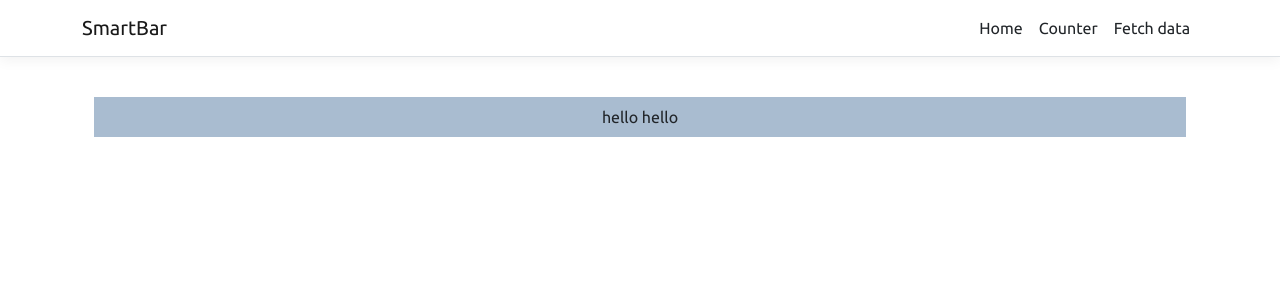
Repository: dropauteriai/SmartBarFrontEnd
Page: /
An editor plug-in stored every save of this project. The page is shown before and after the next save, followed by the edit.
The browser window is 1280 px wide. The pictures show the whole page.
The page's requests for data from a server got no answer. The project was rebuilt for these pictures with package versions that can differ from the ones it lists, and the page was loaded fresh each time. No one was signed in, and anything a server would have sent is missing. Also part of the build but not shown: src/components/Counter.js, src/components/FetchData.js, src/components/Card.js, src/components/SideBar.js.

Above is the page before, as saved 2023-02-14 05:50:54.

After the next save:
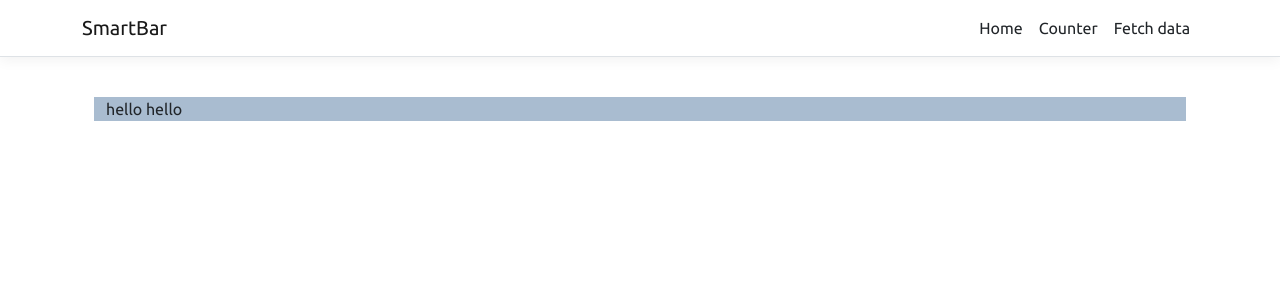
Saved 7 s later.
--- a/src/components/Popup.js
+++ b/src/components/Popup.js
@@ -2,7 +2,7 @@ import React from 'react';
 
 export default function Popup () {
     return (
-        <div className="d-inline-flex p-2 align-items-center justify-content-center bg-primary">
+        <div className="d-inline-flex  bg-primary">
             hello hello
         </div>
     );
